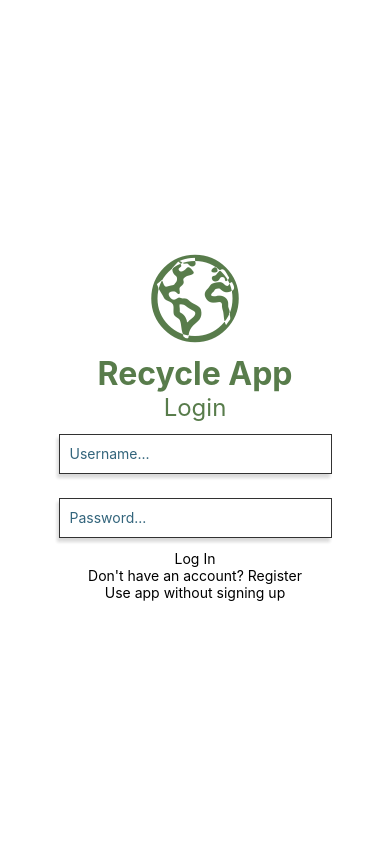
Repository: ct-pham/COMP4511
Screen: / (app in comp4511/)
The author's editor kept a copy of each file at every save. The screen is drawn from the files as they stood at one save, then again after the next save.
The app was drawn by React Native's web renderer in a window 390 px wide. The project was rebuilt for these pictures with package versions that can differ from the ones it lists, and the page was loaded fresh each time.

Above is the screen before, as saved 2022-11-07 15:47:48.

After the next save:
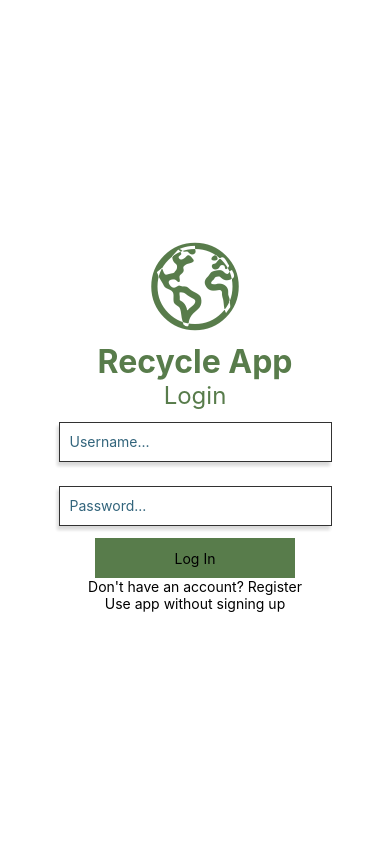
Saved 14 s later.
--- a/comp4511/Components/Login.js
+++ b/comp4511/Components/Login.js
@@ -38,7 +38,7 @@ export default function Login( {navigation}) {
                 />
             </View>
 
-            <TouchableOpacity >
+            <TouchableOpacity style = {styles.btnStyle}>
                 <Text style={styles.loginBtn}>Log In</Text>
             </TouchableOpacity>
 
